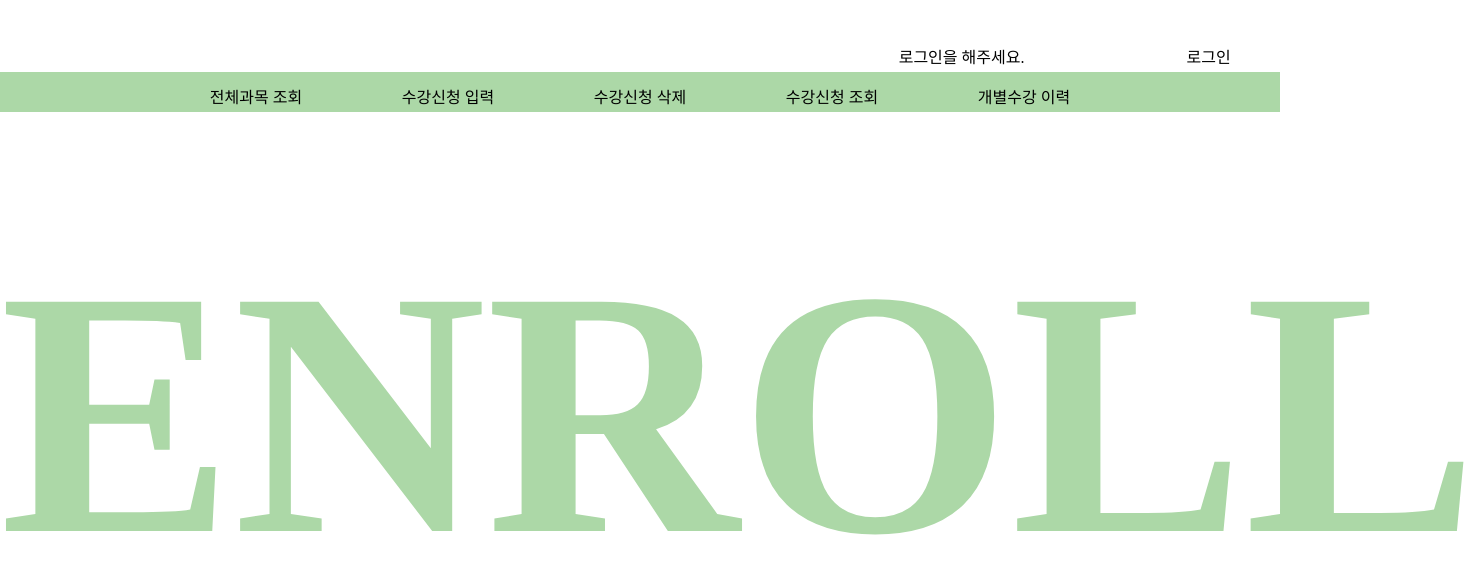
Repository: bokyung124/Enrolment_jsp
Page: http://localhost/lab/main.jsp
An editor plug-in stored every save of this project. The page is shown before and after the next save, followed by the edit.
The browser window is 1280 px wide. The page is 1478 px wide, so the pictures cover 1478 px, including what lies to the right of the window. The pictures show the whole page.
Some web fonts or font styles are not loaded; a fallback is used. The page is served by Tomcat 9.

Above is the page before, as saved 2023-05-31 19:38:28.

### lab/lab/src/main/webapp/main.jsp
<%@ page language="java" contentType="text/html; charset=UTF-8"
	pageEncoding="UTF-8"%>

<!DOCTYPE html>
<html>
<head>
<link href="style.css?after" rel="stylesheet" type="text/css">
<meta charset="UTF-8">
<title>수강신청</title>
</head>

<body>
<%@include file="user.jsp"%>
<%if (session_id != null) {
	 	if (session_id.length()==7) { %>
		<%@include file="top.jsp"%>
	<% } else if (session_id.length() == 5) { %>
		<%@include file="top_prof.jsp"%>
	<% } }
else { %>
	<%@include file="top.jsp"%>
<% }%>


		<h2 class = "mainTitle">ENROLL</h2>

		<script type="text/javascript">
		const cursor = document.querySelector(".cursor");
		var timeout;

		document.addEventListener("mousemove", (e) => {
			let x = e.pageX;
		let y = e.pageY;

		cursor.style.top = y + "px";
		cursor.style.left = x + "px";
		cursor.style.display = "block";

		function mouseStopped() {
			cursor.style.display = "none";
		}
		clearTimeOut(timeout);
		timeout = setTimeout(mouseStopped, 1000);
		});

		document.addEventListener("mouseout", () => {
			cursor.style.display = "none";
		});
		</script>

	<%--
	<table width="75%" align="center" height="100%">
		<%if (session_id != null) {%>

		<tr>
			<td><br>
			<br>
			<br>
			<br>

			<br>
			<br>
			<br>
			<br>
			<b><%=session_id%>님 방문을 환영합니다.</b></td>
		</tr>
		<%
		} else {
		%>
		<tr>
			<td><br>
			<br>
			<br>
			<br>
			<br>
			<br>
			<br>
			<br>
			<b class = "title"><%=log%></b></td>
		</tr>
		<% } %>
	</table> --%>
</body>
</html>

### lab/lab/src/main/webapp/user.jsp
<%@ page language="java" contentType="text/html; charset=UTF-8"
	pageEncoding="UTF-8"%>
<html>
<head>
<link href="style.css?after" rel="stylesheet" type="text/css">
</head>
</html>

<br>
<br>
<table class="top" width="500px" align="right">
	<tr>
		<td>
			<% String session_id = (String) session.getAttribute("user");
		if (session_id == null) {%> <p>로그인을 해주세요.</p>
		<%} else {%> <p><%=session_id%>님 방문을 환영합니다.</p>
		</td>
		<td>
		<% if (session_id.length() == 7) {%> <a href="update.jsp">마이페이지</a>
		<%} else if (session_id.length() == 5) {%> <a href="update_prof.jsp">마이페이지</a> <% }
		else { %> <p>&nbsp;&nbsp;&nbsp;&nbsp;&nbsp;&nbsp;&nbsp;&nbsp;</p><%} %>
		<%}%>
		</td>
		<td>
		<% String log;
if (session_id == null)
log = "<a href=login.jsp>로그인</a>";
else log = "<a href=logout.jsp>로그아웃</a>"; %>
		<p class = "title"><%=log%></p>



		</td>

		<td>

		</td>
	</tr>
</table>

### lab/lab/src/main/webapp/top.jsp
<%@ page language="java" contentType="text/html; charset=UTF-8"
	pageEncoding="UTF-8"%>
<html>
<head>
<link href = "style.css?after" rel = "stylesheet" type = "text/css">
</head>
</html>

<%-- <% String session_id = (String) session.getAttribute("user");
String log;
if (session_id == null)
log = "<a href=login.jsp>로그인</a>";
else log = "<a href=logout.jsp>로그아웃</a>"; %>
 --%>
<br>
<br>
<div class = "topButton">
<table class="top" width="75%" align="center">
	<tr>
		<td><a href="all_course.jsp"  >전체과목 조회</a></td>
		<td><a href="insert.jsp">수강신청 입력</a></td>
		<td><a href="delete.jsp">수강신청 삭제</a></td>
		<td><a href="select.jsp">수강신청 조회</a></td>
		<td><a href="history.jsp">개별수강 이력</a></td>
	</tr>
</table>
</div>

### lab/lab/src/main/webapp/top_prof.jsp
<%@ page language="java" contentType="text/html; charset=UTF-8"
	pageEncoding="UTF-8"%>
<html>
<head>
<link href = "style.css?after" rel = "stylesheet" type = "text/css">
</head>
</html>

<%-- <% String session_id = (String) session.getAttribute("user");
String log;
if (session_id == null)
log = "<a href=login.jsp>로그인</a>";
else log = "<a href=logout.jsp>로그아웃</a>"; %>
 --%>
<br>
<br>
<div class = "topButton">
<table class="top" width="75%" align="center">
	<tr>
		<td>강의 조회</td>
		<td>강의 수정</td>
		<td><a href="student_prof.jsp">수강신청학생 조회</a></td>
		<td>지도학생 조회</td>
		<td>공지사항</td>
	</tr>
</table>
</div>

### lab/lab/src/main/webapp/style.css
@charset "UTF-8";

@font-face {
    font-family: 'DOSIyagiMedium';
    src: url('https://cdn.jsdelivr.net/gh/projectnoonnu/noonfonts_2304-2@1.0/DOSIyagiMedium.woff2') format('woff2');
    font-weight: normal;
    font-style: normal;
}

@font-face {
    font-family: 'SUITE-Regular';
    src: url('https://cdn.jsdelivr.net/gh/projectnoonnu/noonfonts_2304-2@1.0/SUITE-Regular.woff2') format('woff2');
    font-weight: 400;
    font-style: normal;
}

@import url(//fonts.googleapis.com/earlyaccess/notosanskr.css);

.notosanskr * {
 font-family: 'Noto Sans KR', sans-serif;
}


@import url('https://fonts.googleapis.com/css2?family=Noto+Sans:wght@800&display=swap');


@font-face {
	font-family: 'Noto Sans', sans-serif;
	src: url('https://fonts.googleapis.com/css2?family=Noto+Sans:wght@800&display=swap');

    font-style: normal;
}

@font-face {
     font-family: 'S-CoreDream-3Light';
     src: url('https://cdn.jsdelivr.net/gh/projectnoonnu/noonfonts_six@1.2/S-CoreDream-3Light.woff') format('woff');
     font-weight: normal;
     font-style: normal;
}

:root {
	--black: #000000;
	--pink: #fb4175;
	--lime: #23cd59;
	/* --lime: #b2e43f; */
	--green: #acd8a7;
	--white: #ffffff;
}
.mainTitle {
	color: var(--green);
	font-family: 'S-CoreDream-3Light';
	font-size: 350px;
	font-weight: 900;
	/* text-shadow: 4px 4px var(--pink); */
	text-align: center;
	height: 400px;
	margin-top: 100px;
	margin-bottom: 0;

}
.clover {
	font-size: 30px;
	width: 30px;
	position: fixed;
	top: 30px;
	left: 30px;
}

.title {

	font-family: 'S-CoreDream-3Light';
}

body {
	/* background-color: var(--white); */
	background-color: var(--white);
	color: var(--black);
	font-family: 'S-CoreDream-3Light';
	text-align: center;
	margin: 0;
}

/*메뉴바*/
 .top{
	border-collapse:collapse;
	height: 40px;
	font-family: 'SUITE-Regular';
    text-decoration-line: none;

}
/*
a {

    text-decoration-line: none;
    font-size: 10px;
} */

.user {
	height: 40px;
}
.topButton {
	background-color: var(--green);
	height: 40px;
	width: auto;
	vertical-align: middle;
	bottom-padding: 10px;

}

.gameImage{
	width:400px;
	height: auto;
	position:relative;
	top:0px;
}
/*login.jsp*/
.top2{
	background-color: #99CCFF;
	height: 35px;
}

/*신청, 삭제 a태그*/
#Wcolor{
	color:  var(--green);
	font-size: 1.1rem;
}

/*출력 테이블 맨 윗줄에 넣고싶다*/
#Bcolor{
	background-color:#99CCFF;
}
table{
	border-collapse:collapse;
}
table td{
	text-align: center;
	font-family:'S-CoreDream-3Light';
	font-size: 16px;
	height:17px;
}

p {
	margin: 0;
}

/*top.jsp : 로그인 태그 때문에 페이지 내에서 a태그에 속성 적용*/
a{
color: var(--black);
font-family: 'S-CoreDream-3Light';
font-size: 16px;
text-decoration: none;
}
a:hover{
text-decoration: none;
font-weight:bolder;
}

/*insert.jsp*/
#semesterInfo{
   text-align:center;
   font-family: 'S-CoreDream-3Light';
	font-size: 1.4rem;
}

/*update.jsp*/
.editable{
   width:70%;
   text-align:center;
   font-family:S-CoreDream-3Light;
	font-size: 1.2rem;
}

 /* 로그인창 */


  .loginDiv {
	margin: 0;
	background-color: var(--green);
	box-sizing: border-box;
	font-family: 'S-CoreDream-3Light';
	/* border-radius: 5px; */
  }

  .login-form {
	  width: 300px;
	  background-color: #EEEFF1;
	  margin-right: auto;
	  margin-left: auto;
	  margin-top: 50px;
	  padding: 20px;
	  text-align: center;
	  border: none;

  }

  .text-field {
	font-family: 'S-CoreDream-3Light';
		font-size: 14px;
		padding: 10px;
		border: none;
		width: 260px;
		margin-bottom: 10px;

  }

  .submit-btn {
	font-family: 'S-CoreDream-3Light';
	font-size: 14px;
	border: none;
	padding: 10px;
	width: 280px;
	background-color: var(--green);
		margin-bottom: 10px;

	color: white;
  }
  .back-btn {
	font-family: 'S-CoreDream-3Light';
	font-size: 14px;
	border: none;
	padding: 10px;
	width: 280px;
	background-color: var(--green);

	color: white;
  }

  .links {
	  text-align: center;
  }

  .links a {
	font-size: 12px;
	color: #9B9B9B;
  }


.main {
	height: 100vh;
	display: flex;
	justify-content: center;
	align-items: center;
}

 .main h1 {
	color: rgba(255, 255, 255, 0.8);
	font-size: 65px;

 }

 .cursor {
	z-index: 999;
	position: fixed;
	background: #2696E8;
	width: 20px;
	height: 20px;
	border-radius: 50%;
	pointer-events: none;
	box-shadow: 0 0 20px #2696E8,
	0 0 60px #2696E8,
	0 0 100px #2696E8;
	animation: colors 5s infinite;
	transform: translate(-50%, -50%);
	display: none;
 }

 @keyframes colors {
	0% {
		filter: hue-rotate(0deg);
	}
	100% {
		filter: hue-rotate(360deg);
	}
 }
.cursor:before {
	content: "";
	position: absolute;
	background-color: #2696E8;
	width: 50px;
	height: 50px;
	opacity: 0.2;
	transform: translate(-30%, -30%);
	border-radius: 50%;
}





.menu_btn {
	background-color: var(--green);
	border-width: 20px;
	padding:  5px 20px;
	margin: 10px;

}



/* 마이페이지 */
.mypage-table {
    border-collapse: collapse;
    background-color: var(--white);
    font-size: 14px;
    /* font-size: 0.9em; */
    font-family: sans-serif;
    min-width: 400px;
}

.mypage-table th,
.mypage-table td {
	background-color: var(--white);
	border: 20px solid #EEEFF1;
	padding: 10px 0;
}


.mypage-table tbody tr {
    background-color: var(--white);
    padding: 30px 0;
}

.mypage-table tbody tr:last-of-type {
    background-color: var(--green);
}

.mypage-table tbody tr.active-row {
    font-weight: bold;
    color: #009879;
}

.myPage-textField {

	width: 300px;

	  text-align: center;
	  border: none;
}

.myPage-textField input::placeholder {
  color: red;
  font-style: italic;
  font-size: 14px;
}
.myPage-textField input:active {
	color: white;
background-color: blue;
}


.deleteTable {
	border-color: white;
}

.deleteTable thead tr {
    background-color: #009879;
    color: #ffffff;
    text-align: left;
}
.deleteTable tbody tr {
    background-color: var(--white);
    padding: 30px 0;
}
.deleteTable tbody {

}
.deleteTable tbody tr:nth-of-type(even) {
    background-color: #e8f5e6;
}

After the next save:
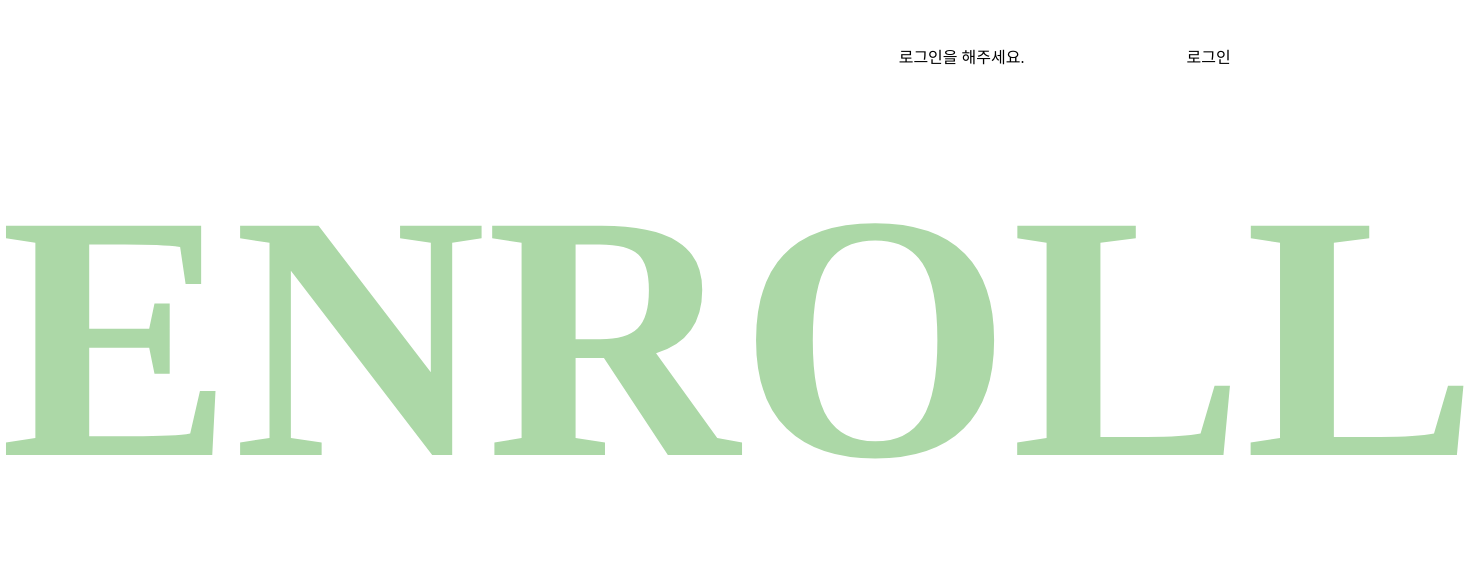
Saved 94 s later.
--- a/lab/lab/src/main/webapp/main.jsp
+++ b/lab/lab/src/main/webapp/main.jsp
@@ -10,21 +10,19 @@
 </head>
 
 <body>
-<%@include file="user.jsp"%>
-<%if (session_id != null) {
-	 	if (session_id.length()==7) { %>
-		<%@include file="top.jsp"%>
-	<% } else if (session_id.length() == 5) { %>
-		<%@include file="top_prof.jsp"%>
+	<%@include file="user.jsp"%>
+	<%if (session_id != null) {
+	 	if (session_id.length() == 5) { %>
+	<%@include file="top_prof.jsp"%>
+	<% } else { %>
+	<%@include file="top_prof.jsp"%>
 	<% } }
-else { %>
-	<%@include file="top.jsp"%>
-<% }%>
+%>
 
 
-		<h2 class = "mainTitle">ENROLL</h2>
+	<h2 class="mainTitle">ENROLL</h2>
 
-		<script type="text/javascript">
+	<script type="text/javascript">
 		const cursor = document.querySelector(".cursor");
 		var timeout;
 
